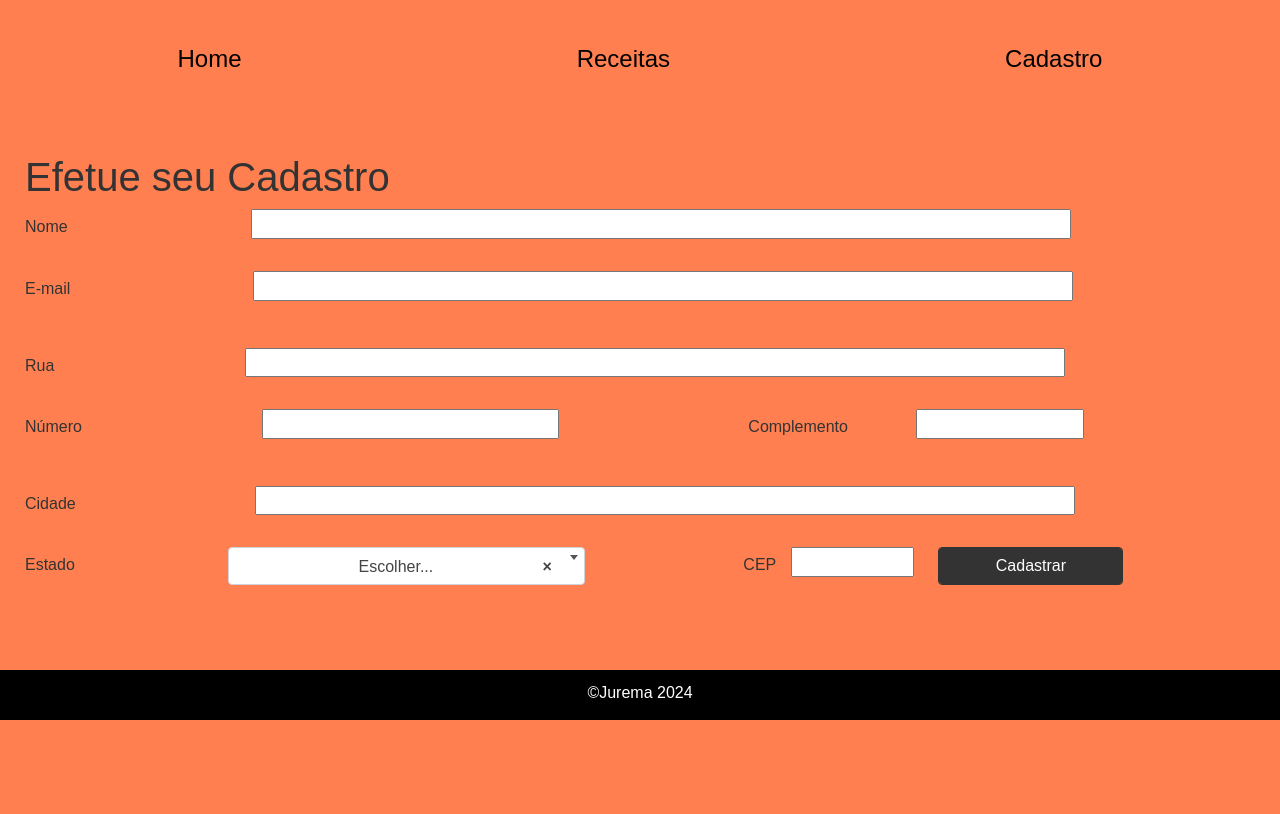
Repository: devropaes/RECEITAS
Page: OneDrive/Área de Trabalho/Estudos/Estácio/receitas/cadastro.html
An editor plug-in stored every save of this project. The page is shown before and after the next save, followed by the edit.
The browser window is 1280 px wide. The pictures show the whole page.

Above is the page before, as saved 2024-03-15 09:59:01.

After the next save:
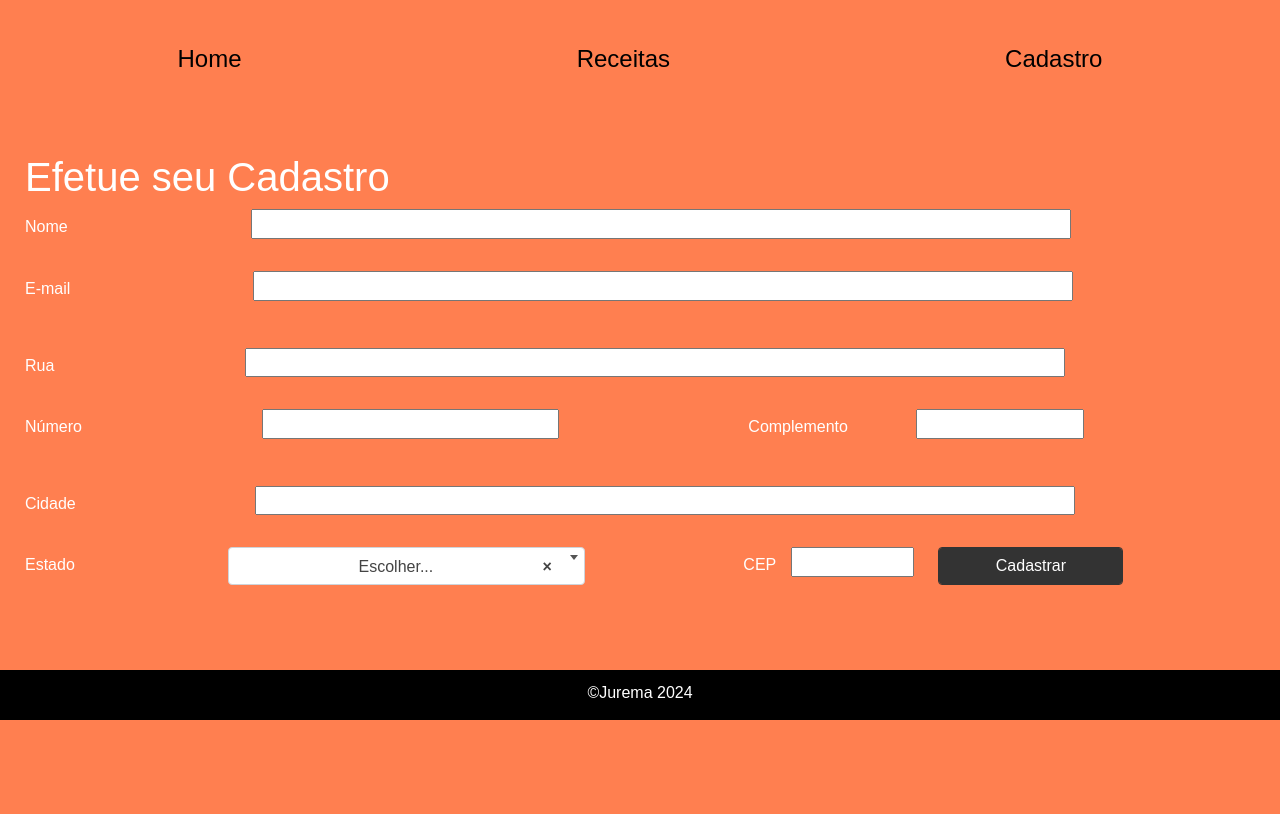
Saved 33 s later.
--- a/OneDrive/Área de Trabalho/Estudos/Estácio/receitas/cadastro.css
+++ b/OneDrive/Área de Trabalho/Estudos/Estácio/receitas/cadastro.css
@@ -157,4 +157,5 @@
 }
 main {
   margin-bottom: 60px; /* Ajuste a margem inferior para acomodar a altura do rodapé mais uma margem extra */
+  color: var(--cor-hover);
 }

After the save that followed:
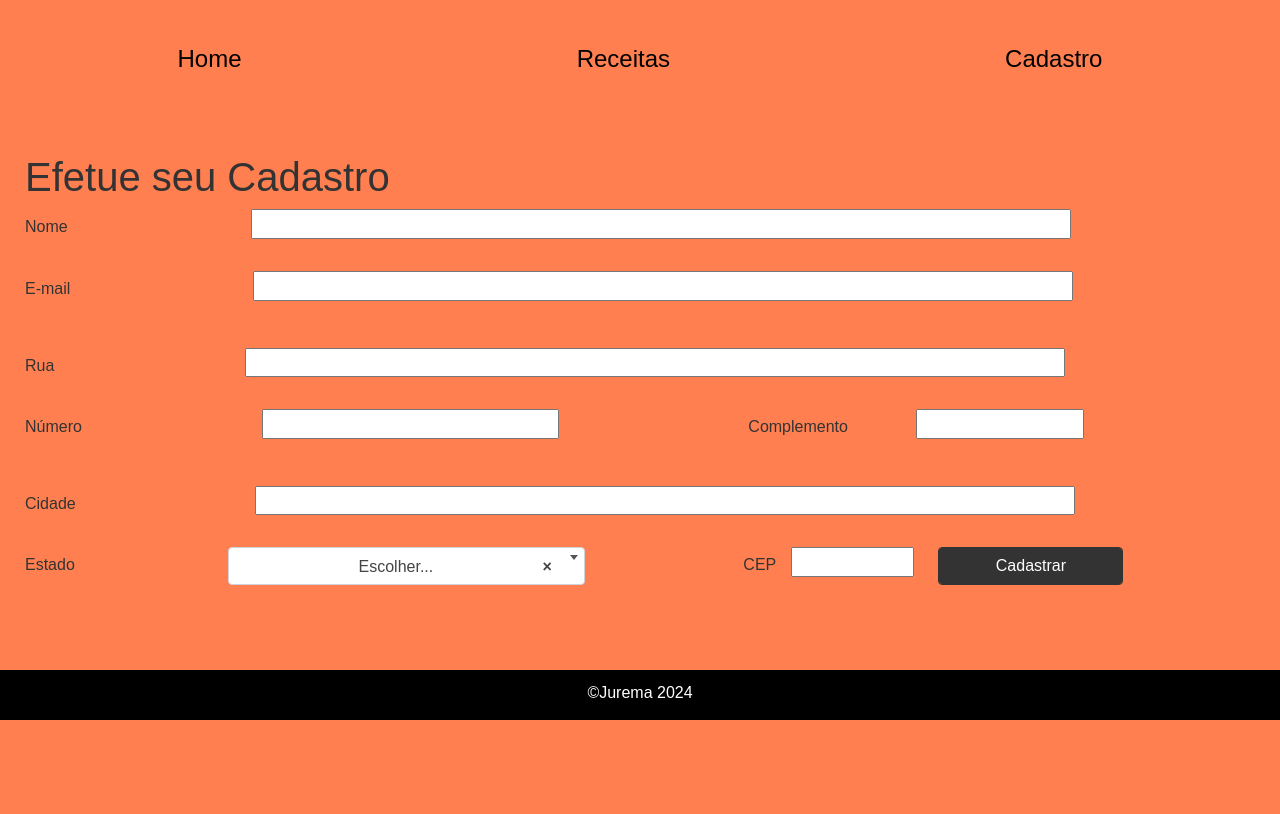
Saved 15 s later.
--- a/OneDrive/Área de Trabalho/Estudos/Estácio/receitas/cadastro.css
+++ b/OneDrive/Área de Trabalho/Estudos/Estácio/receitas/cadastro.css
@@ -157,5 +157,5 @@
 }
 main {
   margin-bottom: 60px; /* Ajuste a margem inferior para acomodar a altura do rodapé mais uma margem extra */
-  color: var(--cor-hover);
+
 }
